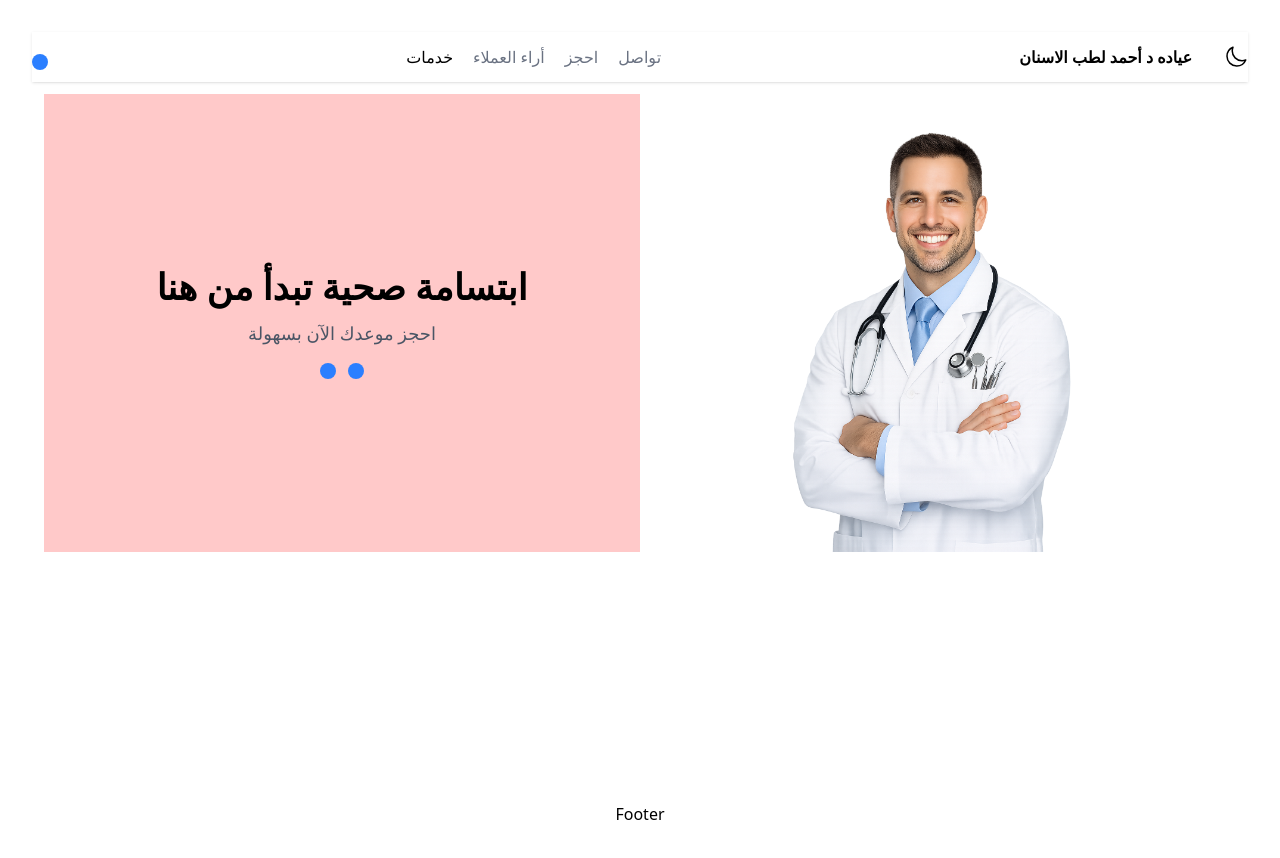
Repository: mohamedehab23-pro/clinic
Page: /
The author's editor kept a copy of each file at every save. The page is drawn from the files as they stood at one save, then again after a run of saves.
The browser window is 1280 px wide. The pictures show the whole page.
The project was rebuilt for these pictures with package versions that can differ from the ones it lists, and the page was loaded fresh each time. Also part of the build but not shown: vite.config.js, src/Pages/AboutPage.jsx, src/Pages/ContactPage.jsx, src/Pages/NotFound.jsx, src/Components/Child.jsx, src/Components/Parent.jsx.

Above is the page before, as saved 2026-02-22 14:16:25.

### index.html
<!doctype html>
<html lang="en">
  <head>
    <meta charset="UTF-8" />
    <link rel="icon" type="image/svg+xml" href="/vite.svg" />
    <meta name="viewport" content="width=device-width, initial-scale=1.0" />
    <title>project1</title>
  </head>
  <body>
    <div id="root"></div>
    <script type="module" src="/src/main.jsx"></script>
  </body>
</html>

### src/index.css
@import "tailwindcss";
@custom-variant dark (&:where(.dark, .dark *));


.active{
    @apply text-black dark:text-white
}

### src/App.jsx
import { useState } from 'react'
import HeroPage from '../src/Pages/HeroPage'
import './App.css'
import { createBrowserRouter, RouterProvider } from 'react-router'
import MainLayout from './Layouts/MainLayout'
import AboutPage from './Pages/AboutPage'
import ContactPage from './Pages/ContactPage'
import NotFound from './Pages/NotFound'
import Parent from './Components/Parent'


const x=createBrowserRouter([
  {path:'',element:<MainLayout/>,children:[
    {index:true,element:<HeroPage/>},
    {path:'/about',element:<AboutPage/>},
    {path:'/contact',element:<ContactPage/>},
    {path:'*',element:<NotFound/>}
  ]}
])

function App() {

  return (
    <>
    {/* <Parent/> */}

     <RouterProvider router={x}/>
    </>
  )
}

export default App

### src/Pages/HeroPage.jsx
import React from 'react'
import sora from '../assets/dentist.png'
import Button from '../Components/Button'
export default function HomePage() {
  return (
    <div className='dark:bg-gray-800 min-h-screen p-3'>
      <div className='flex justify-around'>
<div className='bg-red-200 w-full flex flex-col justify-center text-center '>
<h2 className='text-4xl font-bold '>ابتسامة صحية تبدأ من هنا</h2>
<p className='text-gray-600 pt-3 text-lg'>احجز موعدك الآن بسهولة</p>
  <div className='flex gap-3 justify-center mt-4'>
    <Button bg={'bg-blue-500'} hover={'hover:bg-blue-600'}/>
  <Button bg={'bg-blue-500'} hover={'hover:bg-blue-600'}/>
  </div>


</div>
<div className=' w-full flex justify-center items-center'>
 <img src={sora} alt="doctor" className='w-[50%] ' />
</div>
      </div>



    </div>
  )
}

### src/Layouts/MainLayout.jsx
import React, { useState } from 'react'
import Navbar from '../Components/Navbar'
import Footer from '../Components/Footer'
import { Outlet } from 'react-router'

export default function MainLayout() {
  const [darkMode, setDarkMode] = useState(false)
  return (
    <>
    <div className={`${darkMode? 'dark':''}  dark:text-white`}>
      <Navbar darkMode={darkMode} setDarkMode={setDarkMode}/>
    <Outlet />
    <Footer/>
    </div>
    </>
  )
}

### src/Components/Button.jsx
import React from 'react'
import { Link } from 'react-router'

export default function Button({bg,hover,text }) {
  return (
   <>
   <button className={`p-2 rounded-xl ${bg} ${hover} text-white `}><Link to={'/'}>{text}</Link></button>
   </>
  )
}

### src/Components/Navbar.jsx
import React, { useState } from 'react'
import { Link, NavLink } from 'react-router'
import Button from './Button'

export default function Navbar({setDarkMode,darkMode}) {
  const [navToggle, setNavToggle] = useState(false)
  return (
    <div className='py-3 shadow sticky top-0 w-full dark:bg-gray-700 bg-white/50'>
<div className="container px-3 lg:p-0 mx-auto flex items-center justify-between">
<div>
  <Button bg={'bg-blue-500'} hover={'hover:bg-blue-600'} text={''}/>
</div>
<div>
  <ul className='lg:flex dark:text-white/50 gap-5 hidden'>
    <li className='text-gray-500'><NavLink to={''}>خدمات</NavLink></li>
    <li className='text-gray-500'><NavLink to={'/about'}>أراء العملاء</NavLink></li>
    <li className='text-gray-500'><NavLink to={'/contact'}>احجز</NavLink></li>
    <li className='text-gray-500'><NavLink to={'ertyuj'}>تواصل</NavLink></li>
  </ul>
</div>
<div className='flex gap-8'>
  <Link to={''} className=' font-bold'>عياده د أحمد لطب الاسنان</Link>
  {darkMode?<svg xmlns="http://www.w3.org/2000/svg"
onClick={()=>setDarkMode(!darkMode)}
fill="none" viewBox="0 0 24 24" strokeWidth={1.5} stroke="currentColor" className="cursor-pointer size-6">
  <path strokeLinecap="round" strokeLinejoin="round" d="M12 3v2.25m6.364.386-1.591 1.591M21 12h-2.25m-.386 6.364-1.591-1.591M12 18.75V21m-4.773-4.227-1.591 1.591M5.25 12H3m4.227-4.773L5.636 5.636M15.75 12a3.75 3.75 0 1 1-7.5 0 3.75 3.75 0 0 1 7.5 0Z" />
</svg>:<svg xmlns="http://www.w3.org/2000/svg" fill="none"
onClick={()=>setDarkMode(!darkMode)}
viewBox="0 0 24 24" strokeWidth={1.5} stroke="currentColor" className="cursor-pointer size-6">
  <path strokeLinecap="round" strokeLinejoin="round" d="M21.752 15.002A9.72 9.72 0 0 1 18 15.75c-5.385 0-9.75-4.365-9.75-9.75 0-1.33.266-2.597.748-3.752A9.753 9.753 0 0 0 3 11.25C3 16.635 7.365 21 12.75 21a9.753 9.753 0 0 0 9.002-5.998Z" />
</svg>}
</div>
<div className='lg:hidden'>
  <svg xmlns="http://www.w3.org/2000/svg" onClick={()=>setNavToggle(!navToggle)} fill="none" viewBox="0 0 24 24" strokeWidth={1.5} stroke="currentColor" className="cursor-pointer size-6">
  <path strokeLinecap="round" strokeLinejoin="round" d="M3.75 6.75h16.5M3.75 12h16.5m-16.5 5.25h16.5" />
</svg>


</div>



</div>
{navToggle && <ul className='pt-3 text-end px-3'>
    <li className='text-gray-500'><NavLink to={''}>خدمات</NavLink></li>
    <li className='text-gray-500'><NavLink to={'/about'}>أراء العملاء</NavLink></li>
    <li className='text-gray-500'><NavLink to={'/contact'}>احجز</NavLink></li>
    <li className='text-gray-500'><NavLink to={'ertyuj'}>تواصل</NavLink></li>
  </ul>}


    </div>
  )
}

Loaded but not shown: src/main.jsx (common file); src/App.css (common file); src/Components/Footer.jsx (common file)

After the next 2 saves:
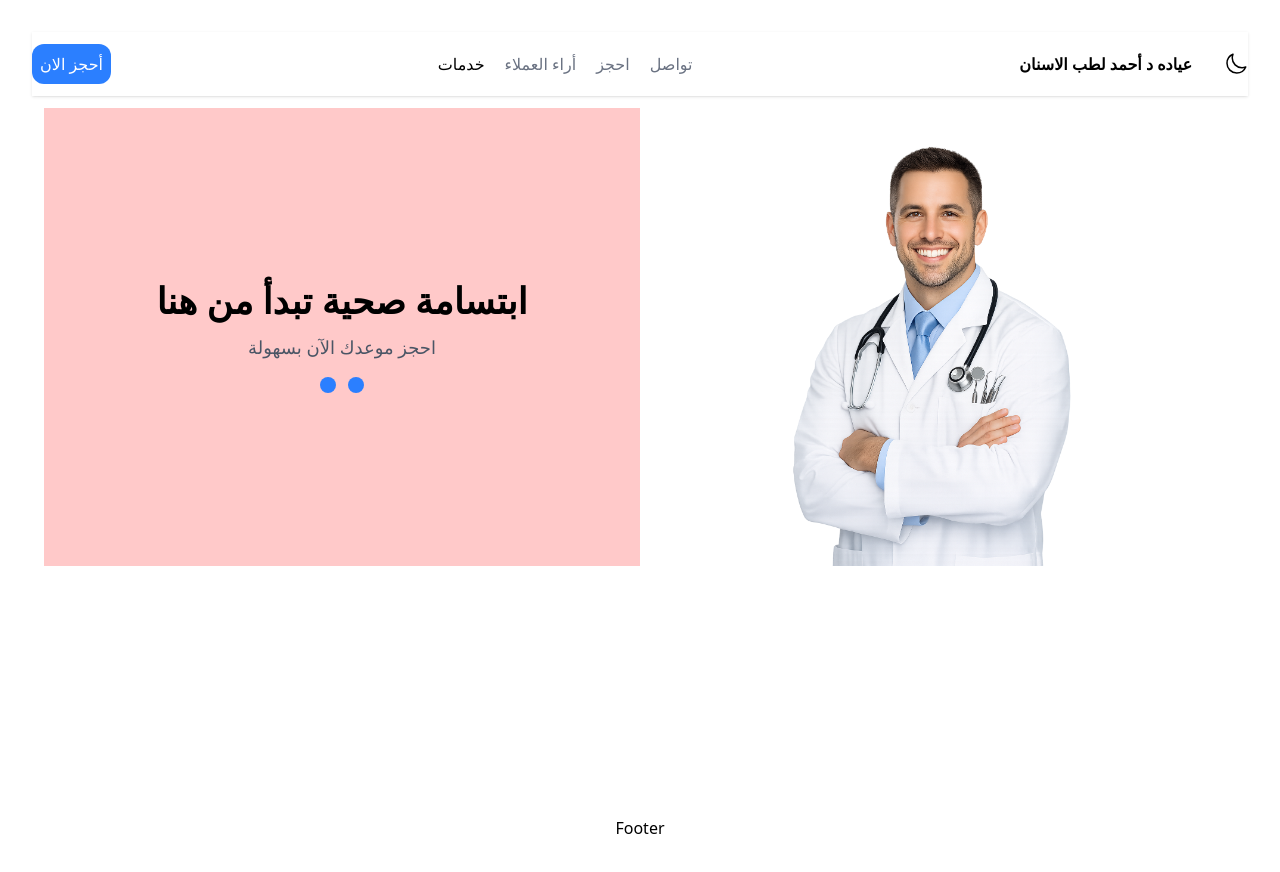
The 2 saves are shown as one change because they came seconds apart.
The last was saved 13 s later.
--- a/src/Components/Navbar.jsx
+++ b/src/Components/Navbar.jsx
@@ -8,7 +8,7 @@ export default function Navbar({setDarkMode,darkMode}) {
     <div className='py-3 shadow sticky top-0 w-full dark:bg-gray-700 bg-white/50'>
 <div className="container px-3 lg:p-0 mx-auto flex items-center justify-between">
 <div>
-  <Button bg={'bg-blue-500'} hover={'hover:bg-blue-600'} text={''}/>
+  <Button bg={'bg-blue-500'} hover={'hover:bg-blue-600'} text={'أحجز الان'}/>
 </div>
 <div>
   <ul className='lg:flex dark:text-white/50 gap-5 hidden'>
